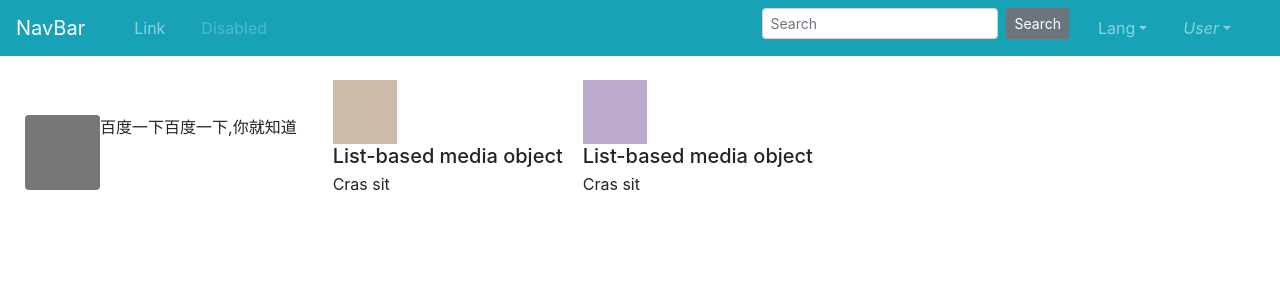
Repository: Funnyrz/vue-nav
Page: /
An editor plug-in stored every save of this project. The page is shown before and after the next save, followed by the edit.
The browser window is 1280 px wide. The pictures show the whole page.
The project was rebuilt for these pictures with package versions that can differ from the ones it lists, and the page was loaded fresh each time.

Above is the page before, as saved 2020-08-26 11:51:56.

### public/index.html
<!DOCTYPE html>
<html lang="en">
  <head>
    <meta charset="utf-8">
    <meta http-equiv="X-UA-Compatible" content="IE=edge">
    <meta name="viewport" content="width=device-width,initial-scale=1.0">
    <link rel="icon" href="<%= BASE_URL %>favicon.ico">
    <title>vue-pic</title>
  </head>
  <body>
    <noscript>
      <strong>We're sorry but vue-pic doesn't work properly without JavaScript enabled. Please enable it to continue.</strong>
    </noscript>
    <div id="app"></div>
    <!-- built files will be auto injected -->
  </body>
</html>

### src/main.js
import Vue from 'vue'
import App from './App.vue'
import 'bootstrap/dist/css/bootstrap.css'
import 'bootstrap-vue/dist/bootstrap-vue.css'
import BootstrapVue from 'bootstrap-vue'
// ES Modules syntax

// require syntax

Vue.use(BootstrapVue)
Vue.config.productionTip = false

new Vue({
  render: h => h(App),
}).$mount('#app')

### src/App.vue
<template>
  <div id="app">
    <HelloWorld msg="Welcome to Your Vue.js App" />
  </div>
</template>

<script>
import HelloWorld from "./components/HelloWorld.vue";

export default {
  name: "app",
  components: {
    HelloWorld
  }
};
</script>

<style>
.container-fluid {
  width: 80%;
}
</style>

### src/components/HelloWorld.vue
<template>
  <div class="hello">
    <div>
      <b-navbar toggleable="lg" type="dark" variant="info">
        <b-navbar-brand href="#">NavBar</b-navbar-brand>

        <b-navbar-toggle target="nav-collapse"></b-navbar-toggle>
        <b-container fluid>
          <b-collapse id="nav-collapse" is-nav>
            <b-navbar-nav>
              <b-nav-item href="#">Link</b-nav-item>
              <b-nav-item href="#" disabled>Disabled</b-nav-item>
            </b-navbar-nav>

            <!-- Right aligned nav items -->
            <b-navbar-nav class="ml-auto">
              <b-nav-form>
                <b-form-input size="sm" class="mr-sm-2" placeholder="Search"></b-form-input>
                <b-button size="sm" class="my-2 my-sm-0" type="submit">Search</b-button>
              </b-nav-form>

              <b-nav-item-dropdown text="Lang" right>
                <b-dropdown-item href="#">EN</b-dropdown-item>
                <b-dropdown-item href="#">ES</b-dropdown-item>
                <b-dropdown-item href="#">RU</b-dropdown-item>
                <b-dropdown-item href="#">FA</b-dropdown-item>
              </b-nav-item-dropdown>

              <b-nav-item-dropdown right>
                <!-- Using 'button-content' slot -->
                <template v-slot:button-content>
                  <em>User</em>
                </template>
                <b-dropdown-item href="#">Profile</b-dropdown-item>
                <b-dropdown-item href="#">Sign Out</b-dropdown-item>
              </b-nav-item-dropdown>
            </b-navbar-nav>
          </b-collapse>
        </b-container>
      </b-navbar>

      <b-container fluid>
        <div>
          <ul class="list-unstyled">
            <b-media tag="li">
              <template v-slot:aside>
                <b-img v-bind="mainProps" rounded alt="placeholder"></b-img>
                百度一下
                <span>
                百度一下,你就知道
                </span>
              </template>
            </b-media>

            <b-media tag="li" class="my-4">
              <template v-slot:aside>
                <b-img blank blank-color="#cba" width="64" alt="placeholder"></b-img>
              </template>

              <h5 class="mt-0 mb-1">List-based media object</h5>
              <p class="mb-0">Cras sit</p>
            </b-media>

            <b-media tag="li">
              <template v-slot:aside>
                <b-img blank blank-color="#bac" width="64" alt="placeholder"></b-img>
              </template>

              <h5 class="mt-0 mb-1">List-based media object</h5>
              <p class="mb-0">Cras sit</p>
            </b-media>
          </ul>
        </div>
      </b-container>
    </div>
  </div>
</template>

<script>
export default {
  name: "HelloWorld",
  props: {
    msg: String
  },
  data() {
    return {
      mainProps: {
        blank: true,
        blankColor: "#777",
        width: 75,
        height: 75,
        class: "m1"
      }
    };
  },
  mounted() {}
};
</script>

<!-- Add "scoped" attribute to limit CSS to this component only -->
<style scoped>
h3 {
  margin: 40px 0 0;
}
ul {
  list-style-type: none;
  padding: 0;
}
li {
  display: inline-block;
  margin: 0 10px;
}
a {
  color: #42b983;
}
</style>

After the next save:
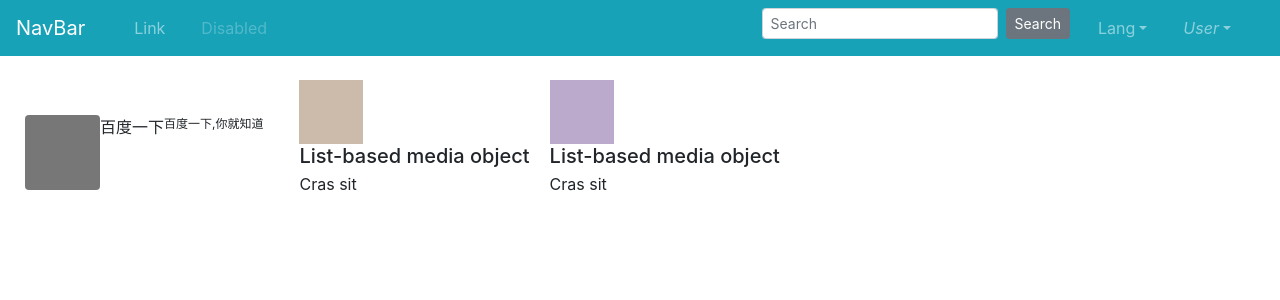
Saved 2 min 23 s later.
--- a/src/components/HelloWorld.vue
+++ b/src/components/HelloWorld.vue
@@ -46,7 +46,7 @@
               <template v-slot:aside>
                 <b-img v-bind="mainProps" rounded alt="placeholder"></b-img>
                 百度一下
-                <span>
+                <span style="font-size:12px;">
                 百度一下,你就知道
                 </span>
               </template>
